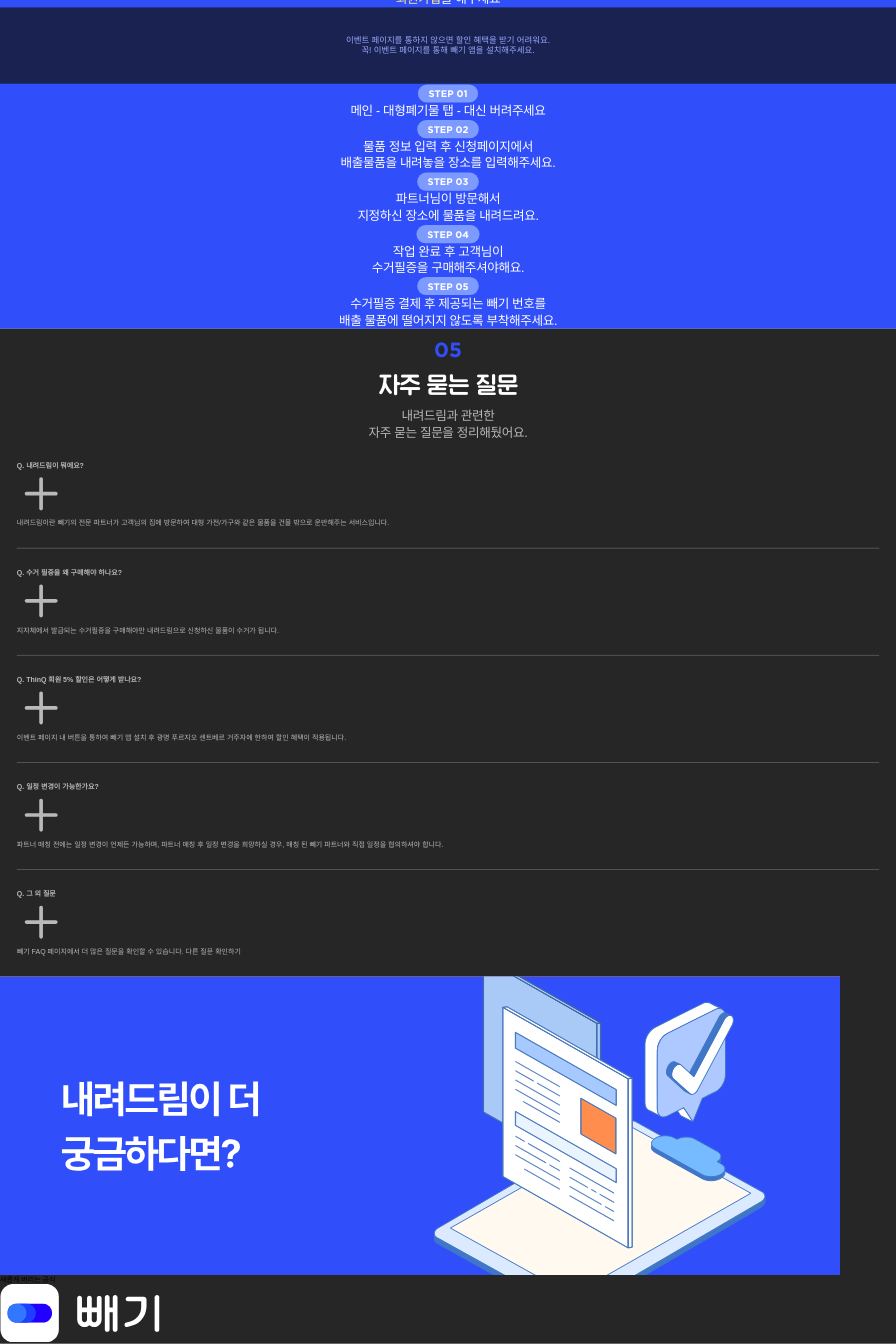
Repository: seraLeeDev/lgthinq-test
Page: index2.html
These files come from the project's save history. The page is drawn as it stood at one moment and after the next save; the edit follows.
The browser window is 1280 px wide. The pictures show the part of the page from y = 4231 to 6151 px (the page is 6151 px tall before and 6101 px after), at 70% of full size.
Some web fonts or font styles are not loaded; a fallback is used.

Above is the page before, as saved 2023-03-14 16:24:38.
Console error: ReferenceError: AOS is not defined

After the next save:
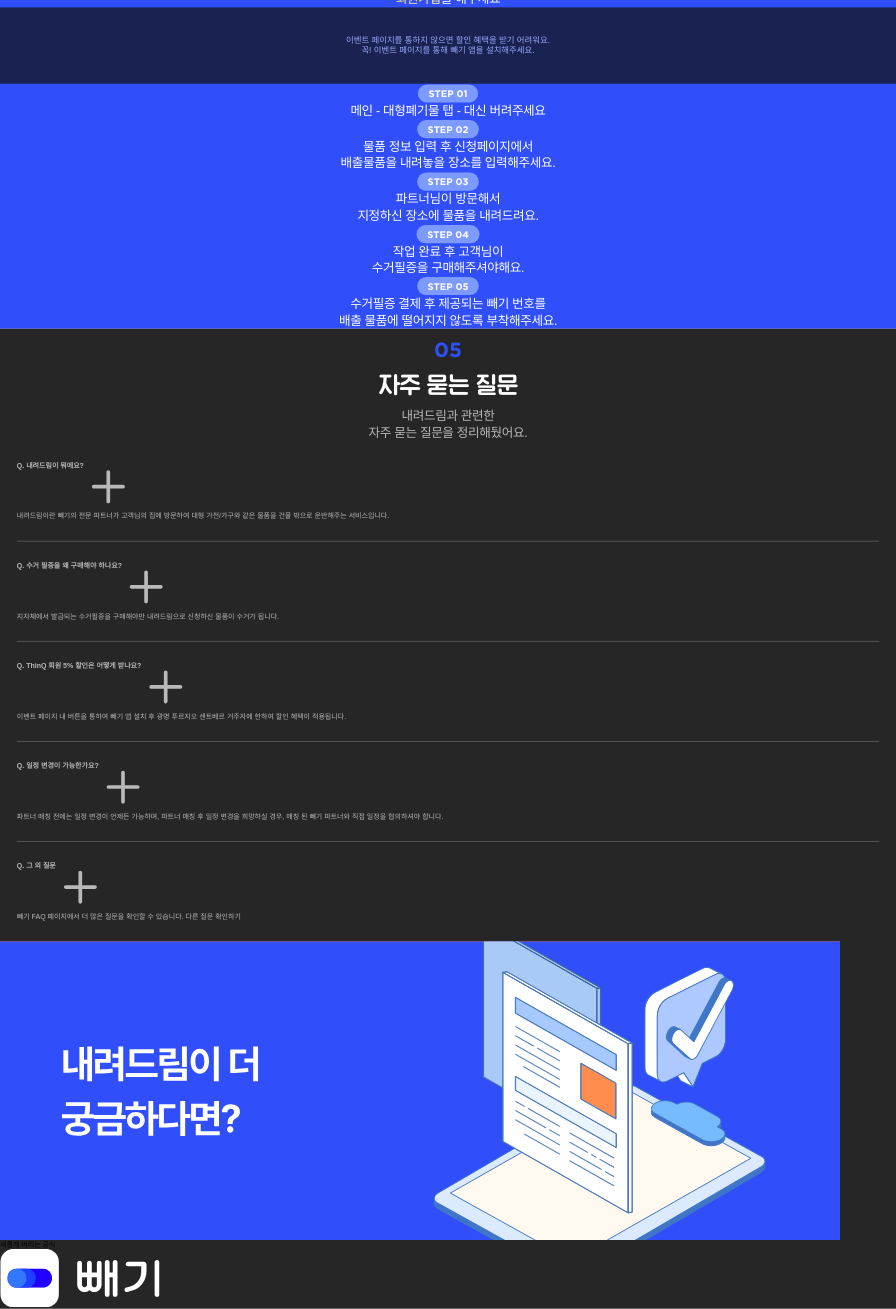
Saved 13 s later.
--- a/css/style.css
+++ b/css/style.css
@@ -173,3 +173,6 @@ body,
 .faq-list li:last-child {
   border-bottom: none;
 }
+.faq-head {
+  display: flex;
+}
